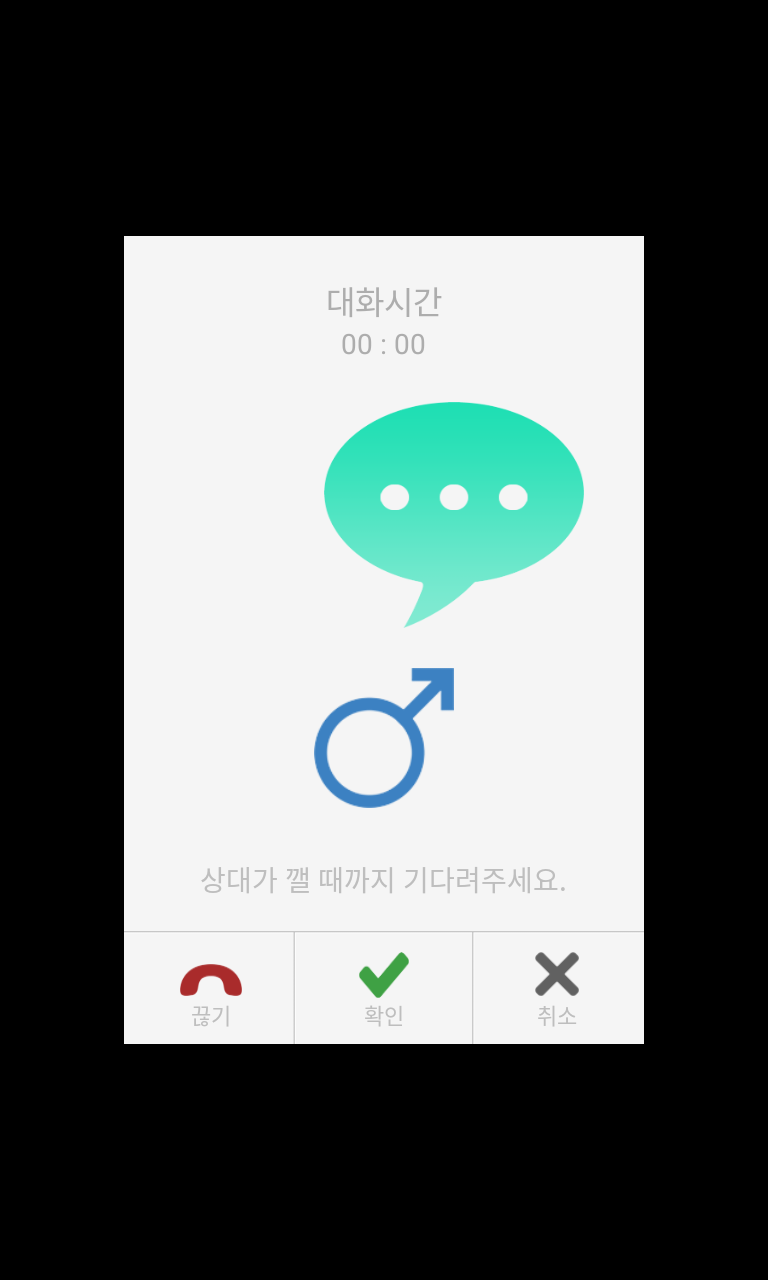
Repository: blacky512/smart_morning_call
Layout: client/SmartMorningCall/res/layout/voicechatting_frag.xml
The author's editor kept a copy of each file at every save. The layout is drawn from the files as they stood at one save, then again after the next save.
It is drawn on a 768 x 1280 px phone screen (xhdpi) without system bars, with theme android:Theme.NoTitleBar; the app's code is not run.

Above is the layout before, as saved 2013-02-24 13:25:10.

### client/SmartMorningCall/res/layout/voicechatting_frag.xml
<?xml version="1.0" encoding="utf-8"?>
<RelativeLayout xmlns:android="http://schemas.android.com/apk/res/android"
    android:layout_width="match_parent"
    android:layout_height="match_parent" >

    <LinearLayout
        android:id="@+id/linearLayout1"
        android:layout_width="260dp"
        android:layout_height="404dp"
        android:layout_centerHorizontal="true"
        android:layout_centerVertical="true"
        android:background="@drawable/callwindow"
        android:orientation="vertical"
        android:padding="0dp" >

        <LinearLayout
            android:layout_width="match_parent"
            android:layout_height="wrap_content"
            android:orientation="vertical" >

            <TextView
                android:id="@+id/tv_chat"
                android:layout_width="wrap_content"
                android:layout_height="wrap_content"
                android:layout_gravity="center"
                android:layout_marginTop="20dp"
                android:text="대화시간"
                android:textColor="#adadad"
                android:textSize="16sp" />

            <TextView
                android:id="@+id/tvTimer"
                android:layout_width="wrap_content"
                android:layout_height="wrap_content"
                android:layout_gravity="center"
                android:layout_marginTop="0dp"
                android:text="00 : 00"
                android:textAppearance="?android:attr/textAppearanceMedium"
                android:textColor="#adadad"
                android:textSize="14sp" />
        </LinearLayout>

        <FrameLayout
            android:id="@+id/calling"
            android:layout_width="260dp"
            android:layout_height="0dip"
            android:layout_weight="0.53" >

            <LinearLayout
                android:layout_width="match_parent"
                android:layout_height="match_parent"
                android:orientation="vertical" >

                <RelativeLayout
                    android:layout_width="match_parent"
                    android:layout_height="wrap_content" >

                    <ImageView
                        android:id="@+id/imageView1"
                        android:layout_width="130dp"
                        android:layout_height="113dp"
                        android:layout_alignParentRight="true"
                        android:layout_alignParentTop="true"
                        android:layout_marginRight="30dp"
                        android:layout_marginTop="20dp"
                        android:alpha="1"
                        android:padding="0dp"
                        android:scaleType="fitXY"
                        android:src="@drawable/jhk_mal" />
                </RelativeLayout>

                <RelativeLayout
                    android:layout_width="match_parent"
                    android:layout_height="wrap_content" >

                    <ImageView
                        android:id="@+id/imageView2"
                        android:layout_width="70dp"
                        android:layout_height="70dp"
                        android:layout_centerHorizontal="true"
                        android:layout_marginTop="20dp"
                        android:scaleType="fitXY"
                        android:src="@drawable/jhk_m" />
                </RelativeLayout>

                <RelativeLayout
                    android:layout_width="match_parent"
                    android:layout_height="wrap_content"
                    android:gravity="center" >

                    <TextView
                        android:id="@+id/vc_infobar"
                        android:layout_width="wrap_content"
                        android:layout_height="wrap_content"
                        android:layout_alignParentTop="true"
                        android:layout_centerHorizontal="true"
                        android:layout_marginTop="25dp"
                        android:text="상대가 깰 때까지 기다려주세요." />

                </RelativeLayout>

            </LinearLayout>
        </FrameLayout>

        <RelativeLayout
            android:id="@+id/RelativeLayout1"
            android:layout_width="match_parent"
            android:layout_height="58dp"
            android:gravity="center_horizontal"
            android:padding="0dp" >

            <LinearLayout
                android:id="@+id/linearLayout2"
                android:layout_width="match_parent"
                android:layout_height="58dp"
                android:layout_alignParentBottom="true"
                android:layout_alignParentLeft="true" >

                <RelativeLayout
                    android:layout_width="87dp"
                    android:layout_height="match_parent"
                    android:layout_gravity="center" >

                    <Button
                        android:id="@+id/voicechat_cut"
                        android:layout_width="31dp"
                        android:layout_height="16dp"
                        android:layout_alignParentTop="true"
                        android:layout_centerHorizontal="true"
                        android:layout_marginBottom="1dp"
                        android:layout_marginTop="18dp"
                        android:background="@drawable/jhk_cut"
                        android:visibility="visible" />

                    <TextView
                        android:id="@+id/tv_1"
                        android:layout_width="wrap_content"
                        android:layout_height="wrap_content"
                        android:layout_below="@+id/voicechat_cut"
                        android:layout_centerHorizontal="true"
                        android:text="끊기"
                        android:textSize="11sp" />

                </RelativeLayout>

                <RelativeLayout
                    android:layout_width="86dp"
                    android:layout_height="match_parent" >

                    <Button
                        android:id="@+id/voicechat_confirm"
                        android:layout_width="25dp"
                        android:layout_height="23dp"
                        android:layout_alignParentTop="true"
                        android:layout_centerHorizontal="true"
                        android:layout_marginTop="12dp"
                        android:layout_weight="1"
                        android:background="@drawable/jhk_confirm"
                        android:visibility="visible" />

                    <TextView
                        android:id="@+id/tv_2"
                        android:layout_width="wrap_content"
                        android:layout_height="wrap_content"
                        android:layout_below="@+id/voicechat_confirm"
                        android:layout_centerHorizontal="true"
                        android:text="확인"
                        android:textSize="11sp" />

                </RelativeLayout>

                <RelativeLayout
                    android:layout_width="87dp"
                    android:layout_height="match_parent" >

                    <Button
                        android:id="@+id/fake"
                        android:layout_width="22dp"
                        android:layout_height="22dp"
                        android:layout_alignParentTop="true"
                        android:layout_centerHorizontal="true"
                        android:layout_marginBottom="1dp"
                        android:layout_marginTop="12dp"
                        android:layout_weight="1"
                        android:background="@drawable/jhk_cancel"
                        android:clickable="false"
                        android:visibility="visible" />

                    <TextView
                        android:id="@+id/tv_3"
                        android:layout_width="wrap_content"
                        android:layout_height="wrap_content"
                        android:layout_below="@+id/fake"
                        android:layout_centerHorizontal="true"
                        android:text="취소"
                        android:textSize="11sp" />

                </RelativeLayout>
            </LinearLayout>
        </RelativeLayout>
    </LinearLayout>

</RelativeLayout>

After the next save:
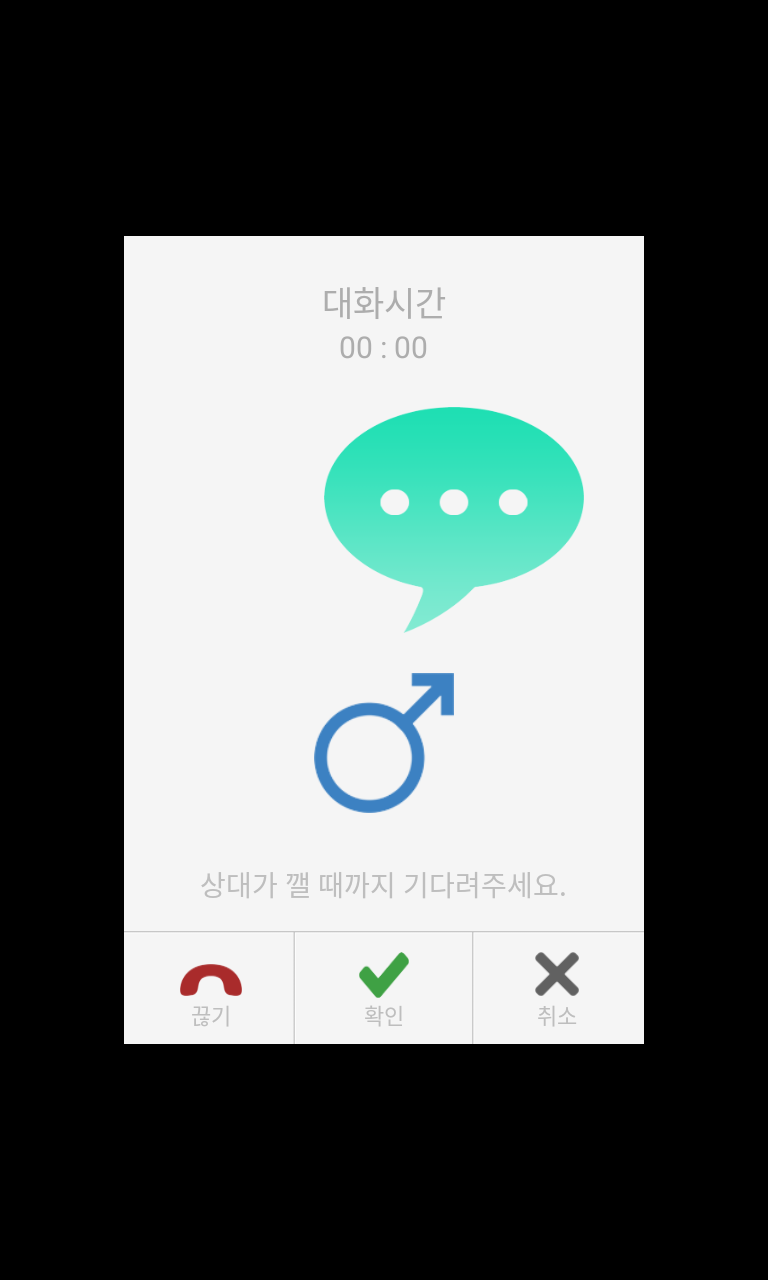
Saved 73 s later.
--- a/client/SmartMorningCall/res/layout/voicechatting_frag.xml
+++ b/client/SmartMorningCall/res/layout/voicechatting_frag.xml
@@ -26,7 +26,7 @@
                 android:layout_marginTop="20dp"
                 android:text="대화시간"
                 android:textColor="#adadad"
-                android:textSize="16sp" />
+                android:textSize="17sp" />
 
             <TextView
                 android:id="@+id/tvTimer"
@@ -37,7 +37,7 @@
                 android:text="00 : 00"
                 android:textAppearance="?android:attr/textAppearanceMedium"
                 android:textColor="#adadad"
-                android:textSize="14sp" />
+                android:textSize="15sp" />
         </LinearLayout>
 
         <FrameLayout
